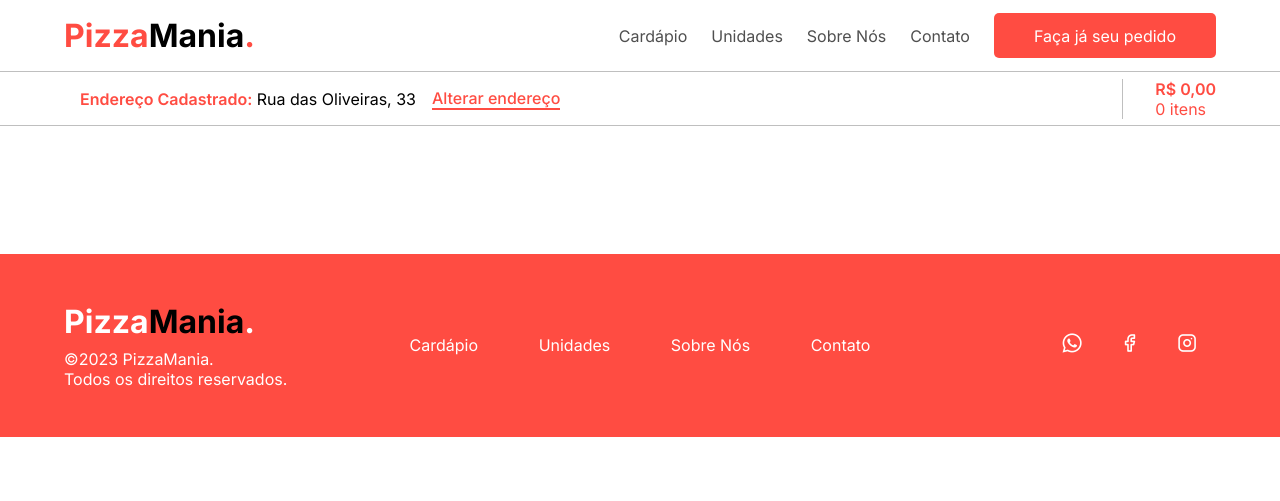
Repository: lucas-albuq/PizzaMania
Page: assets/pages/sobre.html
These files come from the project's save history. The page is drawn as it stood at one moment and after the next save; the edit follows.
The browser window is 1280 px wide. The pictures show the whole page.
Some icons come from a web library that is not loaded, so they are not drawn. Some web libraries are served in a nearby version.

Above is the page before, as saved 2024-01-04 22:46:58.

After the next save:
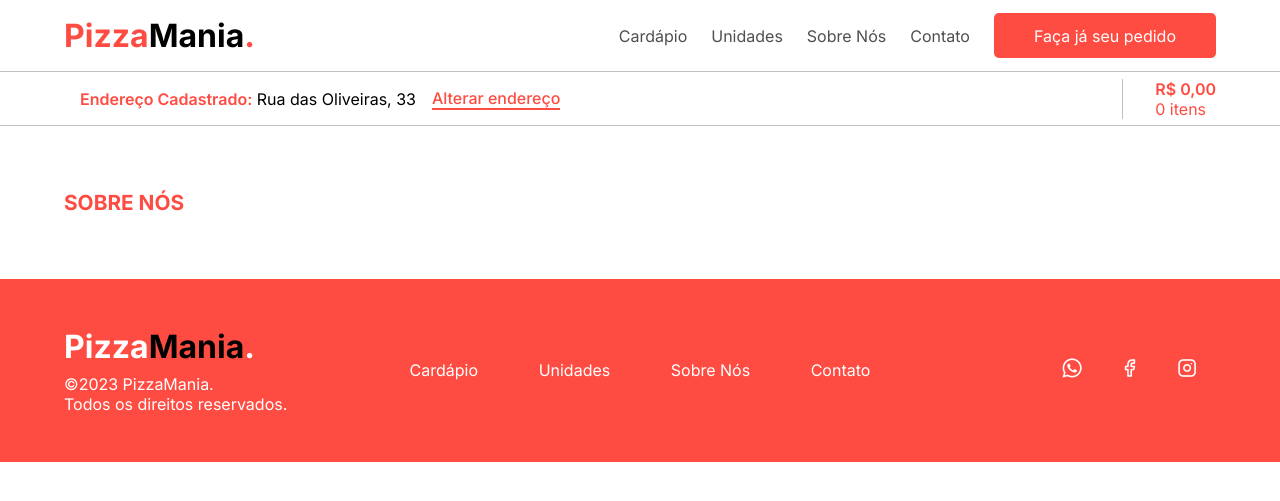
Saved 7 s later.
--- a/assets/pages/sobre.html
+++ b/assets/pages/sobre.html
@@ -12,7 +12,7 @@
     <div id="header"></div>
     <main>
         <section class="sobre">
-
+            <h2>Sobre nós</h2>
         </section>
     </main>
     <div id="footer"></div>
